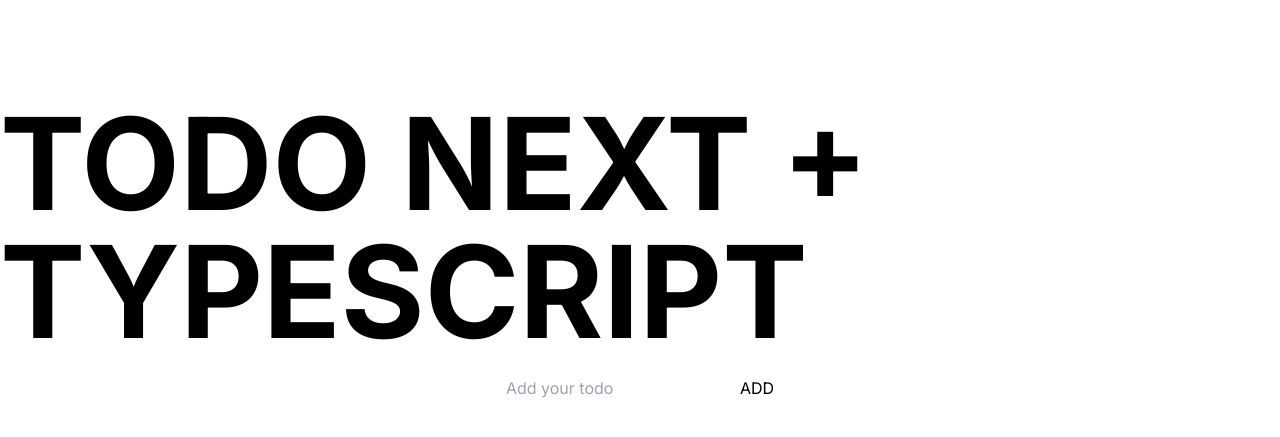
Repository: mehh000/next-ts-todo
Page: /
These files come from the project's save history. The page is drawn as it stood at one moment and after the next save; the edit follows.
The browser window is 1280 px wide. The pictures show the whole page.
The project was rebuilt for these pictures with package versions that can differ from the ones it lists, and the page was loaded fresh each time. The framework's server and built-in components were replaced by stand-ins that run in the browser. Also part of the build but not shown: next.config.mjs.

Above is the page before, as saved 2024-06-15 19:47:25.

### src/app/layout.tsx
import type { Metadata } from "next";
import { Inter } from "next/font/google";
import "./globals.css";
import { TodoProvider } from "./Context/store/add-todos";

const inter = Inter({ subsets: ["latin"] });

export const metadata: Metadata = {
  title: "Create Next App",
  description: "Generated by create next app",
};

export default function RootLayout({
  children,
}: Readonly<{
  children: React.ReactNode;
}>) {
  return (
    <html lang="en">
      <body className={inter.className}>
        <TodoProvider>{children}</TodoProvider>
      </body>
    </html>
  );
}

### src/app/page.tsx
import TODOS from "@/components/TODOS";
import AddTODO from "@/components/add-todo";
import React from "react";

const Page = () => {
  return (
    <main className="flex items-center flex-col mt-[100px] gap-5 " >
      <h2 className=" font-bold text-9xl  ">TODO NEXT + TYPESCRIPT</h2>
      <AddTODO />
      <TODOS />
    </main>
  );
};

export default Page;

### src/app/Context/store/add-todos.tsx
'use client'


import { ReactNode, createContext, useContext, useState } from "react";

export type Todo = {
  id: string;
  task: string;
  completed: boolean;
  createdAt: Date;
};

type TodosContextType = {
  todos: Todo[];
  handleAddTodo: (task: string) => void;
  toggleTodosCompleted: (id: string) => void;
  handleTodoClicke: (id: string) => void;
};

//i made the context now need tp make the Provider
export const todosContext = createContext<TodosContextType | undefined>(
  undefined
);

//this is the  provider

export const TodoProvider = ({children}: { children: ReactNode }) => {
  const [todos, setTodos] = useState<Todo[]>([]);

  const handleAddTodo = (task: string) => {
    const newTodo: Todo = {
      id: Math.random().toString(),
      task,
      completed: false,
      createdAt: new Date(),
    };
    setTodos((prevTodos) => [newTodo, ...prevTodos]);
  };


  const toggleTodosCompleted = (id: string) => {
    setTodos((prevTodos) =>
      prevTodos.map((todo) =>
        todo.id === id ? { ...todo, completed: !todo.completed } : todo
      )
    );
  };

  const handleTodoClicke = (id: string) => {
    setTodos((prevTodos) => prevTodos.filter((todo) => todo.id !== id));
  };

  return (
    <todosContext.Provider value={{
      todos,
     handleAddTodo,
     toggleTodosCompleted,
     handleTodoClicke,
      }}>
      {children}
    </todosContext.Provider>
  );
};
export const useTodoContext = () => useContext(todosContext)

### src/components/TODOS.tsx
"use client";

import React from "react";
import { useTodoContext } from "@/app/Context/store/add-todos";

const TODOS = () => {
  const { todos,toggleTodosCompleted,handleTodoClicke } = useTodoContext();
  const fltertodo = todos;

  return (
    <ul className="">
      {fltertodo.map((todo) => {
        return (
          <li className="" key={todo.id}>
            <input
              type="checkbox"
              name=""
              id={`todo-${todo.id}`}
              checked={todo.completed}
              onChange={() => toggleTodosCompleted(todo.id)}
            />
            <label htmlFor={`todo-${todo.id}`}>{todo.task}</label>
            {todo.completed && (
              <button type="button" onClick={() => handleTodoClicke(todo.id)}>
                Delete
              </button>
            )}
          </li>
        );
      })}
    </ul>
  );
};

export default TODOS;

### src/components/add-todo.tsx
// components/AddTODO.tsx

'use client';

import React, { useState } from "react";
import { useTodoContext } from "@/app/Context/store/add-todos"; // Adjust the path according to your project structure

const AddTODO: React.FC = () => {
  const { handleAddTodo } = useTodoContext();

  const [todo, setTodo] = useState<string>("");

  const handleSubmit = (e: React.FormEvent<HTMLFormElement>) => {
    e.preventDefault();
    handleAddTodo(todo);
    setTodo("");
  };

  return (
    <form onSubmit={handleSubmit} className="">
      <input
        type="text"
        placeholder="Add your todo"
        className=""
        value={todo}
        onChange={(event) => setTodo(event.target.value)}
      />
      <button type="submit" className="">
        ADD
      </button>
    </form>
  );
};

export default AddTODO;

Loaded but not shown: src/app/globals.css (common file); tailwind.config.ts (common file)

After the next save:
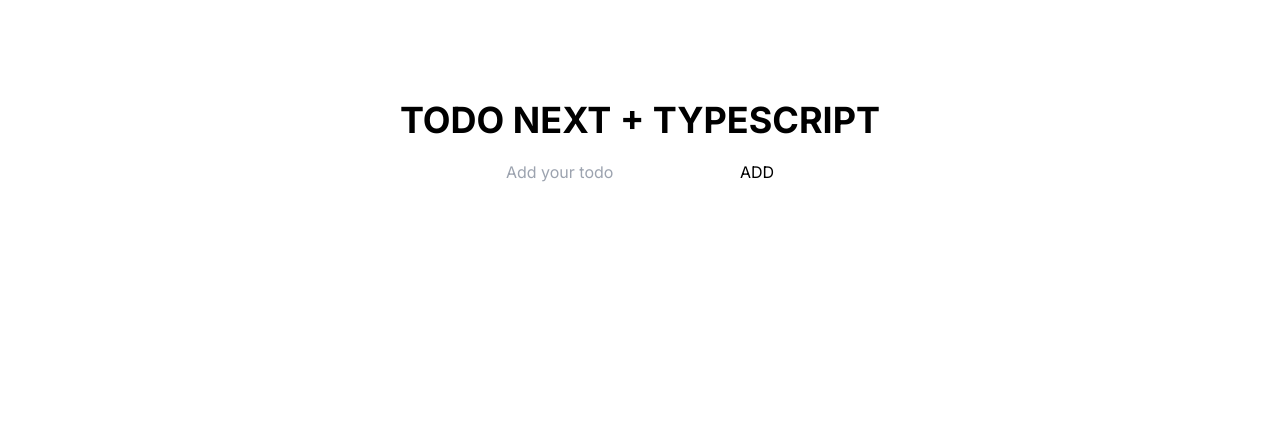
Saved 7 s later.
--- a/src/app/page.tsx
+++ b/src/app/page.tsx
@@ -5,7 +5,7 @@ import React from "react";
 const Page = () => {
   return (
     <main className="flex items-center flex-col mt-[100px] gap-5 " >
-      <h2 className=" font-bold text-9xl  ">TODO NEXT + TYPESCRIPT</h2>
+      <h2 className=" font-bold text-4xl  ">TODO NEXT + TYPESCRIPT</h2>
       <AddTODO />
       <TODOS />
     </main>
